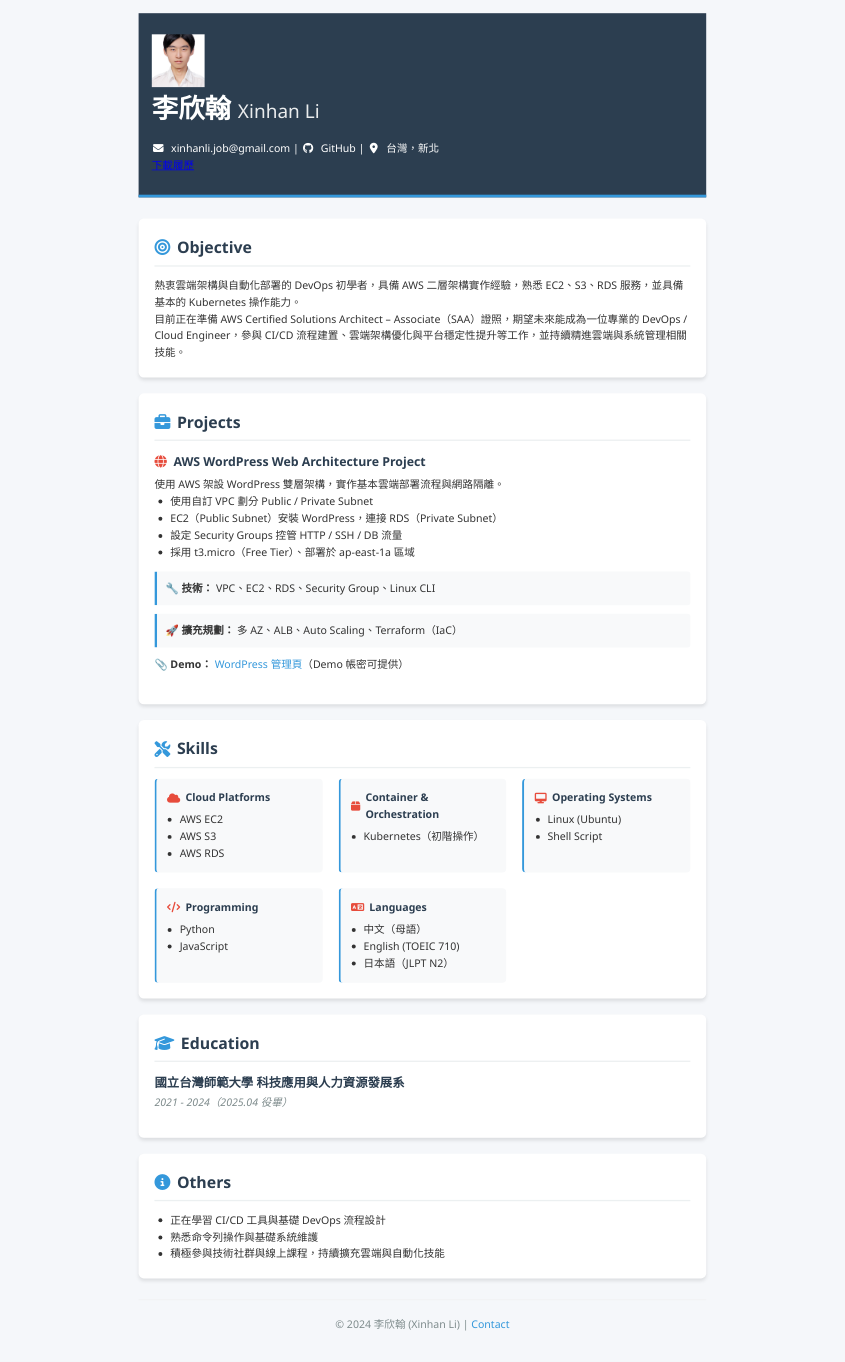
Repository: Graylee0128/aws-tf-ga-personal-website
Page: test.html
These files come from the project's save history. The page is drawn as it stood at one moment and after the next save; the edit follows.
The browser window is 1280 px wide. The pictures show the whole page, at 66% of full size.

Above is the page before, as saved 2025-04-22 11:28:57.

### test.html
<!DOCTYPE html>
<html lang="zh-TW">
<head>
    <meta charset="UTF-8">
    <meta name="viewport" content="width=device-width, initial-scale=1.0">
    <title>李欣翰 (Xinhan Li) | DevOps & Cloud Engineer</title>
    <link rel="stylesheet" href="/styles/styles.css">
    <link rel="stylesheet" href="https://cdnjs.cloudflare.com/ajax/libs/font-awesome/6.4.0/css/all.min.css">
</head>
<body>
    <div class="container">
        <header>
            <div class="header-content">
                <div class="avatar-container" style="width:80px; height:80px;">
                    <img src="/images/head.JPG" alt="大頭" style="width:100%; height:100%; object-fit:cover;">
                </div>
                <h1>李欣翰 <span class="en-name">Xinhan Li</span></h1>
                <div class="contact-info">
                    <p><i class="fas fa-envelope"></i> <a href="mailto:xinhanli.job@gmail.com">xinhanli.job@gmail.com</a> |
                    <i class="fab fa-github"></i> <a href="https://github.com/yourusername" target="_blank">GitHub</a> |
                    <i class="fas fa-map-marker-alt"></i> 台灣，新北</p>
                </div>
                <!-- 下載履歷按鈕 -->
                <div class="download-btn-container">
                    <a href="/files/resume.pdf" download class="download-btn">下載履歷</a>
                </div>
            </div>
        </header>

        <main>
            <section class="card">
                <h2><i class="fas fa-bullseye"></i> Objective</h2>
                <p>熱衷雲端架構與自動化部署的 DevOps 初學者，具備 AWS 二層架構實作經驗，熟悉 EC2、S3、RDS 服務，並具備基本的 Kubernetes 操作能力。</p>
                <p>目前正在準備 AWS Certified Solutions Architect – Associate（SAA）證照，期望未來能成為一位專業的 DevOps / Cloud Engineer，參與 CI/CD 流程建置、雲端架構優化與平台穩定性提升等工作，並持續精進雲端與系統管理相關技能。</p>
            </section>

            <section class="card">
                <h2><i class="fas fa-briefcase"></i> Projects</h2>

                <div class="project">
                    <h3><i class="fas fa-globe"></i> AWS WordPress Web Architecture Project</h3>
                    <p>使用 AWS 架設 WordPress 雙層架構，實作基本雲端部署流程與網路隔離。</p>
                    <ul>
                        <li>使用自訂 VPC 劃分 Public / Private Subnet</li>
                        <li>EC2（Public Subnet）安裝 WordPress，連接 RDS（Private Subnet）</li>
                        <li>設定 Security Groups 控管 HTTP / SSH / DB 流量</li>
                        <li>採用 t3.micro（Free Tier）、部署於 ap-east-1a 區域</li>
                    </ul>
                    <div class="tech-box">
                        <strong>🔧 技術：</strong> VPC、EC2、RDS、Security Group、Linux CLI
                    </div>
                    <div class="tech-box">
                        <strong>🚀 擴充規劃：</strong> 多 AZ、ALB、Auto Scaling、Terraform（IaC）
                    </div>
                    <div class="demo-link">
                        <strong>📎 Demo：</strong> <a href="http://18.162.194.92/wp-admin/" target="_blank">WordPress 管理頁</a>（Demo 帳密可提供）
                    </div>
                </div>
            </section>

            <section class="card">
                <h2><i class="fas fa-tools"></i> Skills</h2>
                <div class="skills-container">
                    <div class="skill-category">
                        <h4><i class="fas fa-cloud"></i> Cloud Platforms</h4>
                        <ul>
                            <li>AWS EC2</li>
                            <li>AWS S3</li>
                            <li>AWS RDS</li>
                        </ul>
                    </div>
                    <div class="skill-category">
                        <h4><i class="fas fa-box"></i> Container & Orchestration</h4>
                        <ul>
                            <li>Kubernetes（初階操作）</li>
                        </ul>
                    </div>
                    <div class="skill-category">
                        <h4><i class="fas fa-desktop"></i> Operating Systems</h4>
                        <ul>
                            <li>Linux (Ubuntu)</li>
                            <li>Shell Script</li>
                        </ul>
                    </div>
                    <div class="skill-category">
                        <h4><i class="fas fa-code"></i> Programming</h4>
                        <ul>
                            <li>Python</li>
                            <li>JavaScript</li>
                        </ul>
                    </div>
                    <div class="skill-category">
                        <h4><i class="fas fa-language"></i> Languages</h4>
                        <ul>
                            <li>中文（母語）</li>
                            <li>English (TOEIC 710)</li>
                            <li>日本語（JLPT N2）</li>
                        </ul>
                    </div>
                </div>
            </section>

            <section class="card">
                <h2><i class="fas fa-graduation-cap"></i> Education</h2>
                <div class="education-item">
                    <h3>國立台灣師範大學 科技應用與人力資源發展系</h3>
                    <p class="date">2021 - 2024（2025.04 役畢）</p>
                </div>
            </section>

            <section class="card">
                <h2><i class="fas fa-info-circle"></i> Others</h2>
                <ul class="others-list">
                    <li>正在學習 CI/CD 工具與基礎 DevOps 流程設計</li>
                    <li>熟悉命令列操作與基礎系統維護</li>
                    <li>積極參與技術社群與線上課程，持續擴充雲端與自動化技能</li>
                </ul>
            </section>

        </main>

        <footer>
            <p>© 2024 李欣翰 (Xinhan Li) | <a href="mailto:xinhanli.job@gmail.com">Contact</a></p>
        </footer>
    </div>
</body>
</html>

### styles/styles.css
/* Base Styles */
:root {
    --primary-color: #3498db;
    --secondary-color: #2c3e50;
    --accent-color: #e74c3c;
    --light-color: #ecf0f1;
    --dark-color: #2c3e50;
    --text-color: #333;
    --text-light: #7f8c8d;
    --card-shadow: 0 4px 6px rgba(0, 0, 0, 0.1);
    --transition: all 0.3s ease;
}

* {
    margin: 0;
    padding: 0;
    box-sizing: border-box;
}

body {
    font-family: 'Segoe UI', Tahoma, Geneva, Verdana, sans-serif;
    line-height: 1.6;
    color: var(--text-color);
    background-color: #f5f7fa;
    padding: 0;
    margin: 0;
}

.container {
    max-width: 900px;
    margin: 0 auto;
    padding: 20px;
}

/* Header Styles */
header {
    background-color: var(--secondary-color);
    color: white;
    padding: 2rem 0;
    margin-bottom: 2rem;
    border-bottom: 4px solid var(--primary-color);
}

.header-content {
    max-width: 900px;
    margin: 0 auto;
    padding: 0 20px;
}

h1 {
    font-size: 2.5rem;
    margin-bottom: 0.5rem;
}

.en-name {
    font-weight: normal;
    font-size: 1.8rem;
    opacity: 0.9;
}

.contact-info {
    margin-top: 1rem;
}

.contact-info a {
    color: white;
    text-decoration: none;
    transition: var(--transition);
}

.contact-info a:hover {
    color: var(--primary-color);
}

.contact-info i {
    margin-right: 5px;
    width: 20px;
    text-align: center;
}

/* Card Styles */
.card {
    background: white;
    border-radius: 8px;
    padding: 1.5rem;
    margin-bottom: 1.5rem;
    box-shadow: var(--card-shadow);
    transition: var(--transition);
}

.card:hover {
    transform: translateY(-5px);
    box-shadow: 0 10px 20px rgba(0, 0, 0, 0.1);
}

.card h2 {
    color: var(--secondary-color);
    margin-bottom: 1rem;
    padding-bottom: 0.5rem;
    border-bottom: 2px solid var(--light-color);
    display: flex;
    align-items: center;
}

.card h2 i {
    margin-right: 10px;
    color: var(--primary-color);
}

/* Project Styles */
.project {
    margin-bottom: 1.5rem;
}

.project h3 {
    color: var(--dark-color);
    margin-bottom: 0.5rem;
    display: flex;
    align-items: center;
}

.project h3 i {
    margin-right: 10px;
    color: var(--accent-color);
}

.project ul {
    margin-left: 1.5rem;
    margin-bottom: 1rem;
}

.tech-box {
    background-color: #f8f9fa;
    border-left: 4px solid var(--primary-color);
    padding: 0.8rem;
    margin: 0.8rem 0;
    border-radius: 0 4px 4px 0;
}

.demo-link {
    margin-top: 0.8rem;
}

.demo-link a {
    color: var(--primary-color);
    text-decoration: none;
    font-weight: 500;
}

.demo-link a:hover {
    text-decoration: underline;
}

/* Skills Styles */
.skills-container {
    display: grid;
    grid-template-columns: repeat(auto-fill, minmax(200px, 1fr));
    gap: 1.5rem;
    margin-top: 1rem;
}

.skill-category {
    background-color: #f8f9fa;
    padding: 1rem;
    border-radius: 6px;
    border-left: 3px solid var(--primary-color);
}

.skill-category h4 {
    color: var(--secondary-color);
    margin-bottom: 0.5rem;
    display: flex;
    align-items: center;
}

.skill-category h4 i {
    margin-right: 8px;
    color: var(--accent-color);
}

.skill-category ul {
    margin-left: 1.2rem;
}

/* Education Styles */
.education-item {
    margin-bottom: 1rem;
}

.education-item h3 {
    color: var(--dark-color);
    margin-bottom: 0.2rem;
}

.date {
    color: var(--text-light);
    font-style: italic;
}

/* Others Styles */
.others-list {
    margin-left: 1.5rem;
}

/* Footer Styles */
footer {
    text-align: center;
    padding: 1.5rem 0;
    margin-top: 2rem;
    color: var(--text-light);
    border-top: 1px solid #eee;
}

footer a {
    color: var(--primary-color);
    text-decoration: none;
}

footer a:hover {
    text-decoration: underline;
}

/* Responsive Design */
@media (max-width: 768px) {
    .skills-container {
        grid-template-columns: 1fr;
    }

    h1 {
        font-size: 2rem;
    }

    .en-name {
        font-size: 1.4rem;
    }

    .header-content, .container {
        padding: 0 15px;
    }
}

@media (max-width: 480px) {
    .contact-info p {
        font-size: 0.9rem;
    }
}

After the next save:
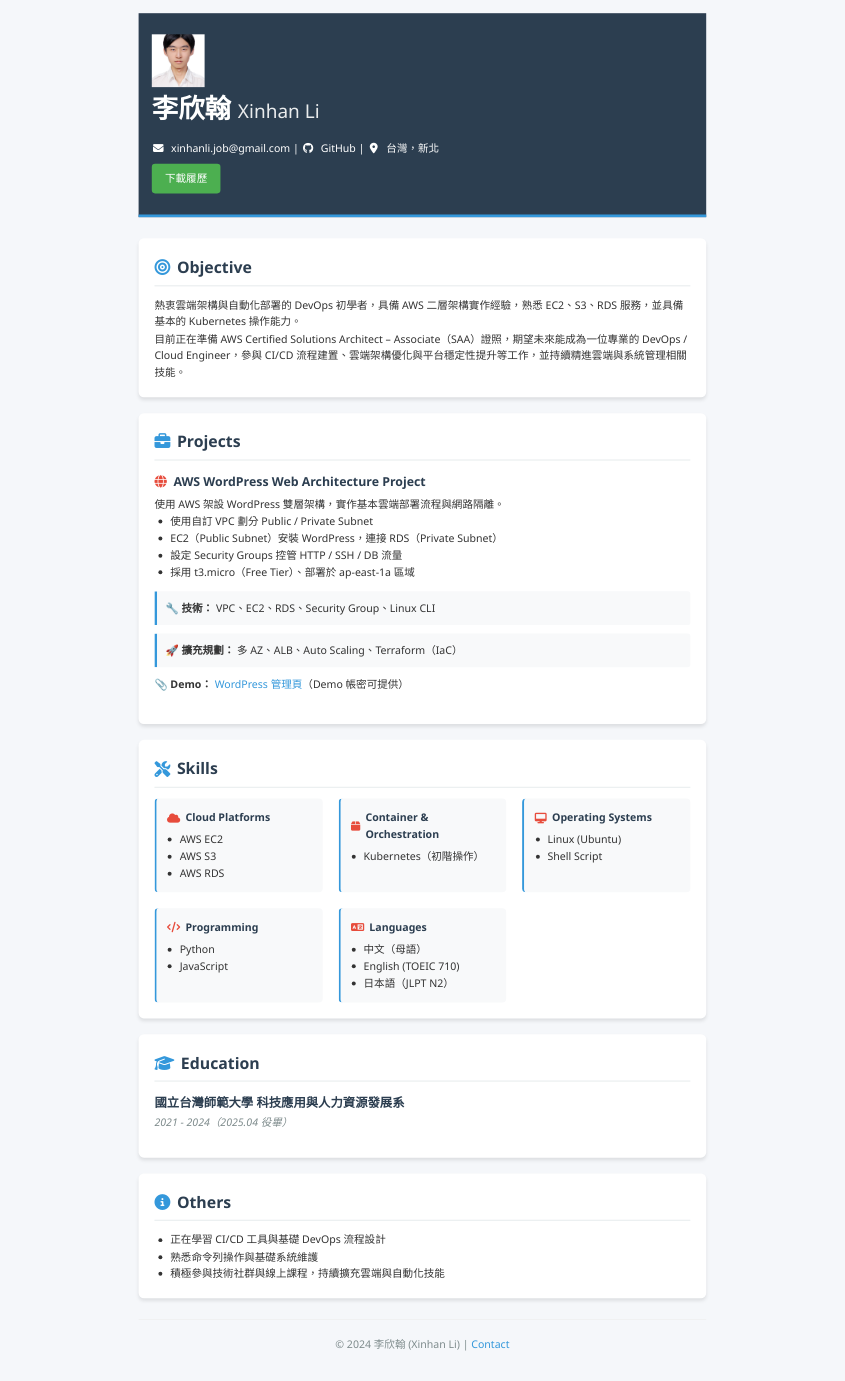
Saved 104 s later.
--- a/styles/styles.css
+++ b/styles/styles.css
@@ -244,3 +244,26 @@
         font-size: 0.9rem;
     }
 }
+
+
+.download-btn-container {
+    margin-top: 10px;
+}
+
+.download-btn {
+    background-color: #4CAF50; /* 綠色背景 */
+    color: white; /* 白色文字 */
+    border: none; /* 去掉邊框 */
+    padding: 10px 20px; /* 上下 10px，左右 20px */
+    text-align: center; /* 文字居中 */
+    text-decoration: none; /* 去掉底線 */
+    display: inline-block; /* 使按鈕並排顯示 */
+    font-size: 16px; /* 字體大小 */
+    cursor: pointer; /* 鼠標為指針狀 */
+    border-radius: 5px; /* 圓角 */
+    transition: background-color 0.3s ease; /* 滑鼠懸停顏色變換效果 */
+}
+
+.download-btn:hover {
+    background-color: #45a049; /* 滑鼠懸停時顏色變深 */
+}
